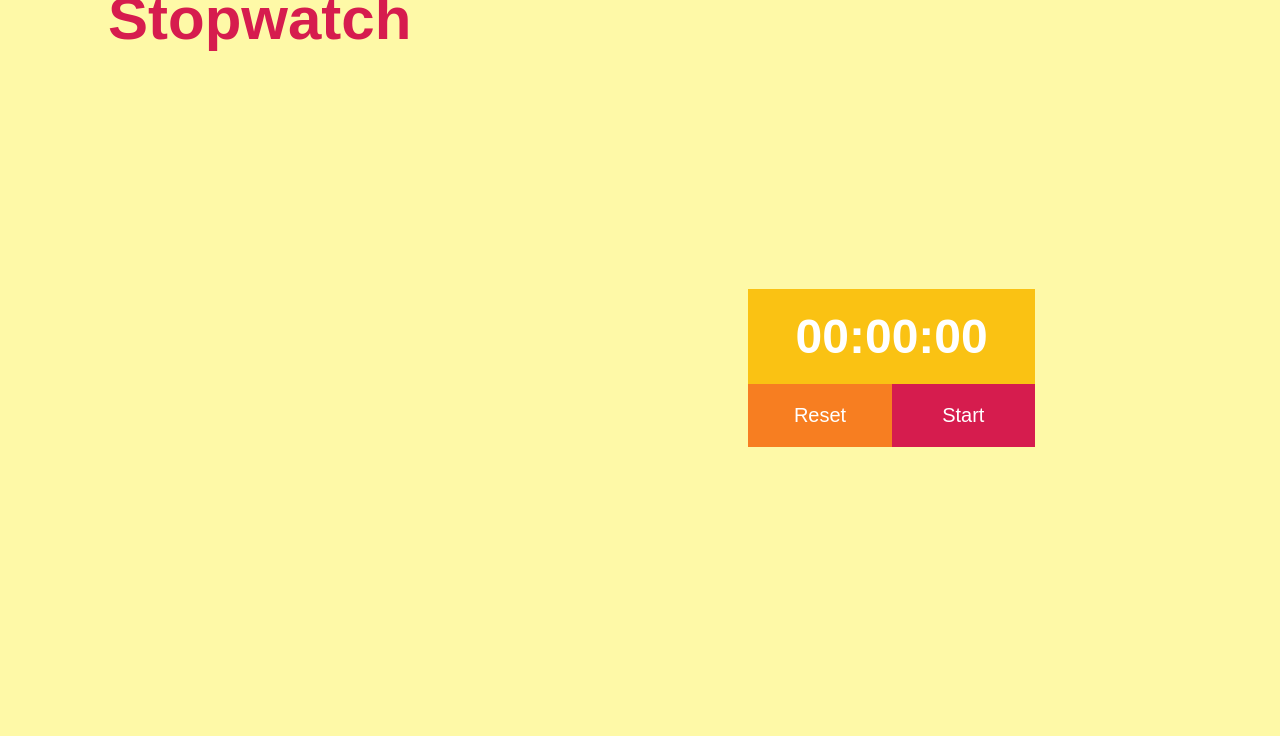
Repository: pilar122/stopwatch
Page: index.html
These files come from the project's save history. The page is drawn as it stood at one moment and after the next save; the edit follows.
The browser window is 1280 px wide. The pictures show the whole page.

Above is the page before, as saved 2022-06-19 13:09:30.

### index.html
<!DOCTYPE html>
<html>
    <head>
        <title>
            Stopwatch
        </title>
        <link href="stopwatch.css" rel="stylesheet">
        <script src="stopwatch.js"></script>
    </head>

    <div class="header">
        <h1>Stopwatch</h1>
    </div>

    <body>

        <div id="stopwatch">
            <!--CURRENT TIME-->
            <div id="sw-time">00:00:00</div> <!-- sw is the time display-->

            <!--CONTROLS-->
            <input type="button" value="Reset" id="sw-rst" disabled/> <!--sw-rst is the reset button * and the disabled means that the buttons are at the moment-->
            <input type="button" value="Start" id="sw-go" disabled/> <!--sw-go is the start & stop button-->
        </div>
    </body>
</html>

### stopwatch.css
/* (A) CONTAINER */
#stopwatch {
    display: flex;
    flex-wrap: wrap;
    max-width: 400px;
    margin: 0 auto;
  }

  /* (B) TIME */
  #sw-time {
    width: 100%;
    padding: 20px 0;
    font-size: 48px;
    font-weight: bold;
    text-align: center;
    background: #FAC213;
    color: #fff;
  }

  /* (C) BUTTONS */
  #sw-rst, #sw-go {
    box-sizing: border-box;
    width: 50%;
    cursor: pointer;
    padding: 20px 0;
    border: 0;
    color: #fff;
    font-size: 20px;
  }
  #sw-rst { background-color: #F77E21; }
  #sw-go { background-color: #D61C4E; }

  /* (X) DOES NOT MATTER */
  /* PAGE & BODY */
  body {
    display: flex;
    align-items: center; justify-content: center;
    min-height: 100vh;
    background: #FEF9A7;
    background-repeat: no-repeat;
    background-position: center;
    background-size: cover;
  }
  * { font-family: arial, sans-serif; }

  /* WIDGET */
  .widget-wrap {
    min-width: 450px;
    padding: 30px;
    border-radius: 20px;
    background: rgba(255, 255, 255, 0.4);
  }

  .header {
    padding: 100px;
    text-align: center;
    color: #D61C4E;
    font-size: 30px;
    margin-top: -700px;
  }

  /* HEADER */
  h1 { text-align: center; }
  #code-boxx {
    width: 100%;
    margin-top: 30px;
    text-align: center;
  }

  /* FOOTER */
  #code-boxx {
    font-weight: 600;
    margin-top: 30px;
  }
  #code-boxx a {
    display: inline-block;
    padding: 5px;
    text-decoration: none;
    background: #d3adad;
    color: #fff;
  }

### stopwatch.js
var sw = {
    // (A) PROPERTIES
    etime : null, // html time display
    erst : null, // html reset button
    ego : null, // html start/stop button
    timer : null, // timer object
    now : 0, // current elapsed time

    // (B) INITIALIZE
    init : () => {
      // (B1) GET HTML ELEMENTS
      sw.etime = document.getElementById("sw-time");
      sw.erst = document.getElementById("sw-rst");
      sw.ego = document.getElementById("sw-go");

      // (B2) ENABLE BUTTON CONTROLS
      sw.erst.onclick = sw.reset;
      sw.ego.onclick = sw.start;
      sw.erst.disabled = false;
      sw.ego.disabled = false;
    },

    // (C) START!
    start : () => {
      sw.timer = setInterval(sw.tick, 1000);
      sw.ego.value = "Stop";
      sw.ego.onclick = sw.stop;
    },

    // (D) STOP
    stop : () => {
      clearInterval(sw.timer);
      sw.timer = null;
      sw.ego.value = "Start";
      sw.ego.onclick = sw.start;
    },

    // (E) TIMER ACTION
    tick : () => {
      // (E1) CALCULATE HOURS, MINS, SECONDS
      sw.now++;
      let hours = 0, mins = 0, secs = 0,
      remain = sw.now;
      hours = Math.floor(remain / 3600);
      remain -= hours * 3600;
      mins = Math.floor(remain / 60);
      remain -= mins * 60;
      secs = remain;

      // (E2) UPDATE THE DISPLAY TIMER
      if (hours<10) { hours = "0" + hours; }
      if (mins<10) { mins = "0" + mins; }
      if (secs<10) { secs = "0" + secs; }
      sw.etime.innerHTML = hours + ":" + mins + ":" + secs;
    },

    // (F) RESET
    reset : () => {
      if (sw.timer != null) { sw.stop(); }
      sw.now = -1;
      sw.tick();
    }
  };
  window.addEventListener("load", sw.init);

After the next save:
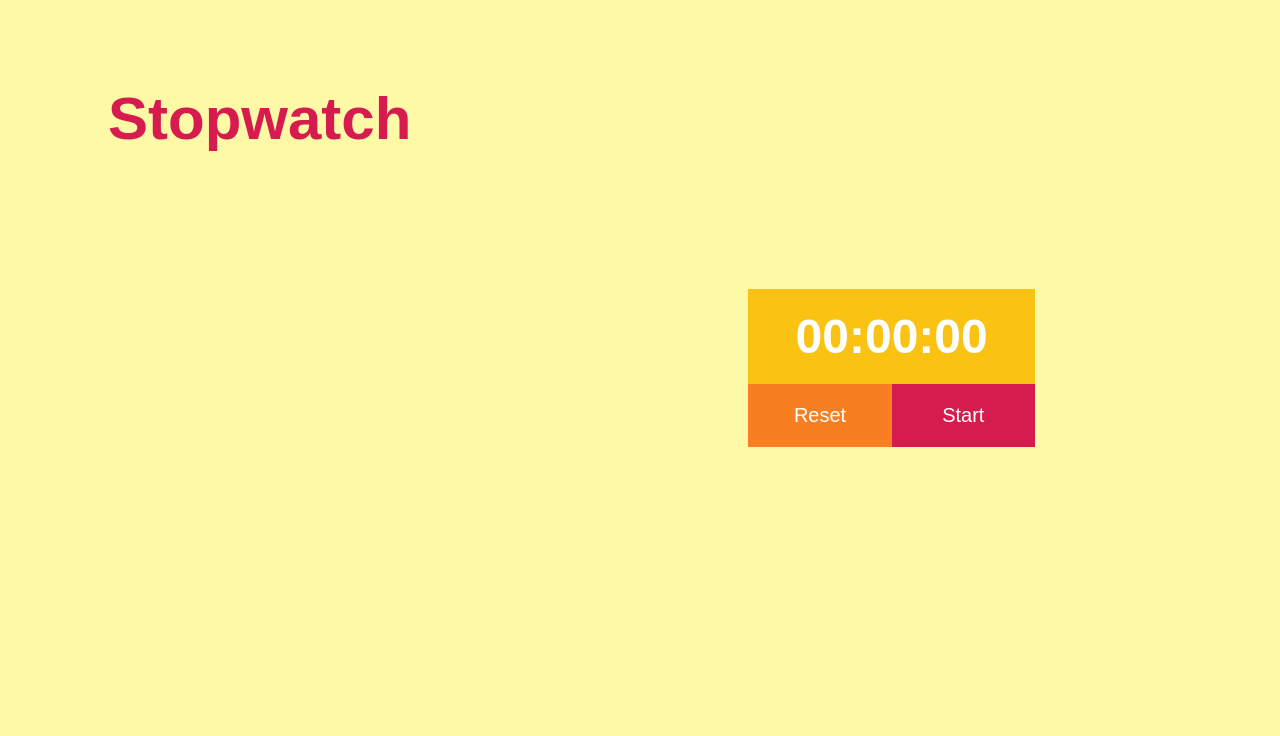
Saved 15 s later.
--- a/stopwatch.css
+++ b/stopwatch.css
@@ -56,7 +56,7 @@
     text-align: center;
     color: #D61C4E;
     font-size: 30px;
-    margin-top: -700px;
+    margin-top: -500px;
   }
 
   /* HEADER */
